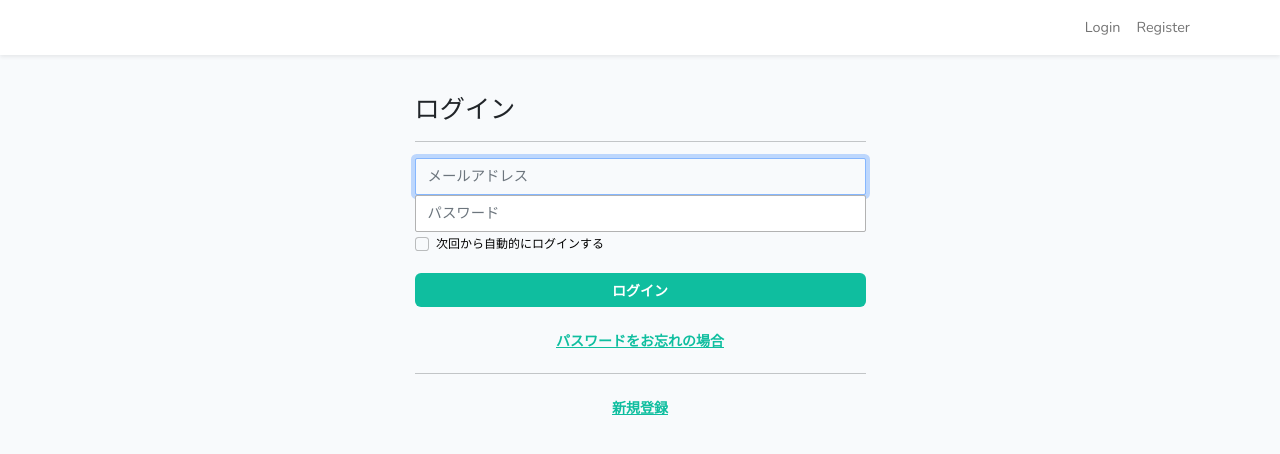
Repository: Satoshi514/laravel_samuraimart
Page: http://localhost/login
These files come from the project's save history. The page is drawn as it stood at one moment and after the next save; the edit follows.
The browser window is 1280 px wide. The pictures show the whole page.
The page is served by the project's Laravel application, run on PHP 8.4 with Laravel 9. Style sheets and scripts are compiled from the project's sources, by tool versions that may differ from the author's.

Above is the page before, as saved 2023-05-28 13:09:31.

After the next save:
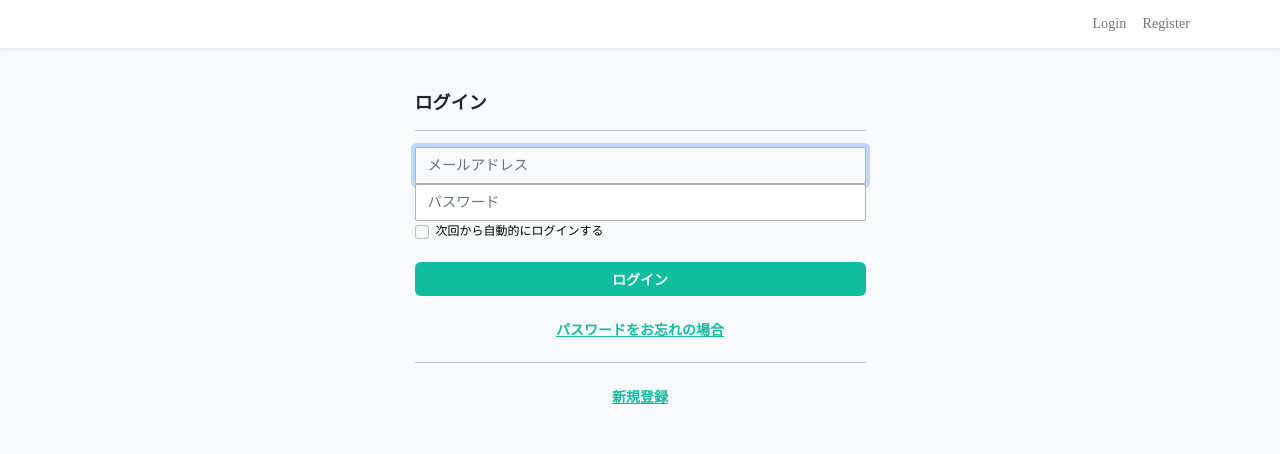
Saved 21 min 8 s later.
--- a/public/css/samuraimart.css
+++ b/public/css/samuraimart.css
@@ -4,8 +4,93 @@
   url(/path/to/YuGo/Medium.woffz) format("woff2"),
   url(/path/to/YuGo-Medium.woff) format("woff"),
   url(/path/to/YuGo-Medium.ttf) format("truetype");
+  font-weight: 500;
+  font-style: normal;
+  font-stretch: normal;
+}
 
+@font-face {
+  font-family: YuGo;
+  src: local(YuGo-Bold),
+  url(/psth/to/YuGo-Bold.woff2) format("woff2"),
+  url(/path/to/YuGo-Bold.woff) format("woff"),
+  url(/path/to/YuGo-Bold.ttf) format("truetype");
+  font-weight: bold;
+  font-style: normal;
+  font-stretch: normal;
 }
+
+h1 {
+  font-family: YuGo;
+  font-size: 26px;
+  font-weight: bold;
+  font-stretch: normal;
+  font-style: normal;
+  line-height: normal;
+  letter-spacing: -0.13px;
+}
+
+h2 {
+  font-family: YuGo;
+  font-size: 22px;
+  font-weight: bold;
+  font-stretch: normal;
+  font-style: normal;
+  line-height: normal;
+  letter-spacing: normal;
+}
+
+h3 {
+  font-family: YuGo;
+  font-size: 18px;
+  font-weight: bold;
+  font-stretch: normal;
+  font-style: normal;
+  line-height: normal;
+  letter-spacing: 0.08px;
+  }
+
+big {
+  font-family: Yugo;
+  font-size: 16px;
+  font-weight: 500;
+  font-stretch: normal;
+  font-style: normal;
+  line-height: normal;
+  letter-spacing: 0.08px;
+}
+
+body {
+  font-family: Yugo;
+  font-size: 14px;
+  font-weight: 500;
+  font-weight: normal;
+  font-style: normal;
+  line-height: normal;
+  letter-spacing: 0.11px;
+}
+
+caption {
+  font-family: YuGo;
+  font-size: 12px;
+  font-weight: 500;
+  font-stretch: normal;
+  font-style: normal;
+  line-height: normal;
+  letter-spacing: 0.08px;
+}
+
+label {
+  font-family: YuGo;
+  font-size: 14px;
+  font-weight: bold;
+  font-stretch: normal;
+  font-style: normal;
+  line-height: normal;
+  letter-spacing: normal;
+  color: #191919;
+}
+
 .samuraimart-login-input {
   border-radius: 2px;
   border: solid 1px #b2b2b2;
